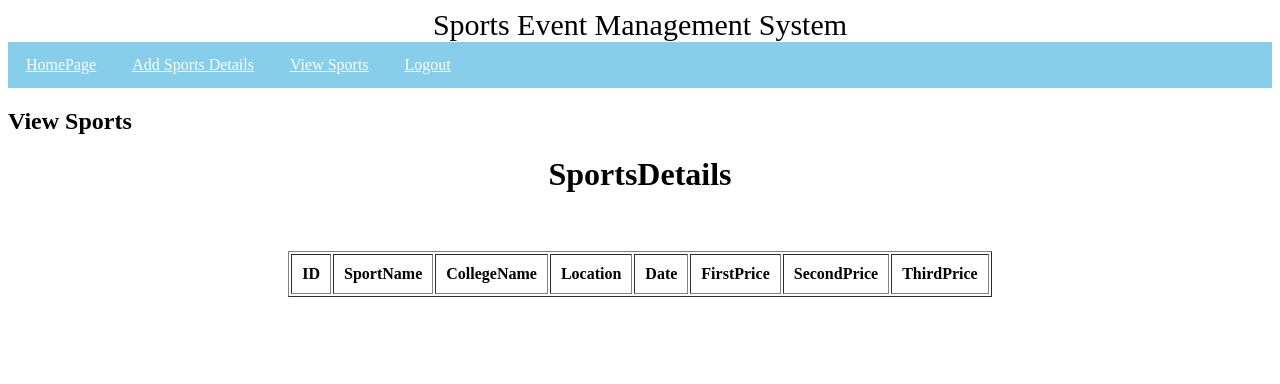
Repository: svrm1014/sportseventmanagement
Page: http://localhost/sportsmanagement/WEB-INF/views/viewsports.jsp
An editor plug-in stored every save of this project. The page is shown before and after the next save, followed by the edit.
The browser window is 1280 px wide. The pictures show the whole page.
The page is served by Tomcat 9. Nobody is signed in. Other server files are loaded and not shown. The template is opened directly, without the code that normally fills it, so the values that code supplies are empty.

Above is the page before, as saved 2021-05-12 18:01:28.

### sportsmanagement/src/main/webapp/WEB-INF/views/viewsports.jsp
<%@ page language="java" contentType="text/html; charset=ISO-8859-1"
    pageEncoding="ISO-8859-1"%>
    <%@ taglib uri="http://java.sun.com/jsp/jstl/core" prefix="c" %>
<!DOCTYPE html PUBLIC "-//W3C//DTD HTML 4.01 Transitional//EN" "http://www.w3.org/TR/html4/loose.dtd">
<html>
<head>
<style type="text/css">
.title {
	text-align: center;
	font-size: 30px;
}

ul {
	list-style-type: none;
	margin: 0px;
	padding: 0px;
	background-color: skyblue;
	overflow: hidden;
}

li {
	float: left;
}

li a {
	display: block;
	padding: 14px 18px;
	color: white;
}
</style>
<meta http-equiv="Content-Type" content="text/html; charset=ISO-8859-1">
<title>Sports Event Management System</title>
</head>
<body>
<div class="title">Sports Event Management System</div>
	<div class="menu">
		<ul>
			<li><a href="/adminviewpage">HomePage</a></li>
			<li><a href="/addsportsdetails">Add Sports Details</a></li>
			<li><a href="/viewsports">View Sports</a></li>
			<li><a href="/admin">Logout</a></li>

		</ul>
	</div>
	<div align="left">
		<h2>View Sports</h2>
	</div>
	<div align="center">
    <h1>SportsDetails</h1>
    <br/><br/>
    <table border="1" cellpadding="10">
        <thead>
            <tr>
                <th>ID</th>
                <th>SportName</th>
                <th>CollegeName</th>
                <th>Location</th>
                <th>Date</th>
                <th>FirstPrice</th>
                <th>SecondPrice</th>
                <th>ThirdPrice</th>

            </tr>
        </thead>
        <tbody>
         <c:forEach var="addsportsdetails" items="${viewsportsKey}">
                <tr>
                    <td><c:out value="${addsportsdetails.id}" /></td>
                    <td><c:out value="${addsportsdetails.sportname}" /></td>
                    <td><c:out value="${addsportsdetails.collegename}" /></td>
                    <td><c:out value="${addsportsdetails.location}" /></td>
                    <td><c:out value="${addsportsdetails.date}" /></td>
                    <td><c:out value="${addsportsdetails.firstprice}" /></td>
                    <td><c:out value="${addsportsdetails.secondprice}" /></td>
                    <td><c:out value="${addsportsdetails.thirdprice}" /></td>

                </tr>
            </c:forEach>
        </tbody>
    </table>
</div>
</body>
</html>

After the next save:
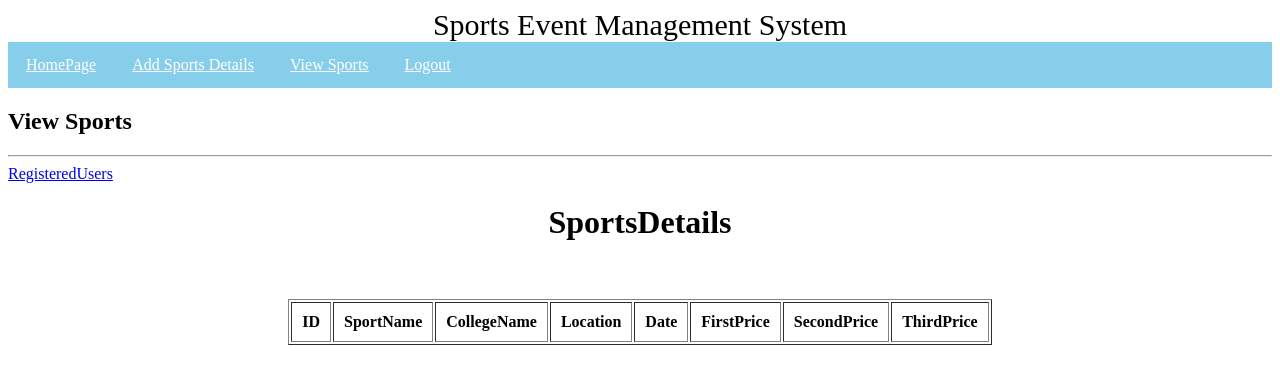
Saved 49 s later.
--- a/sportsmanagement/src/main/webapp/WEB-INF/views/viewsports.jsp
+++ b/sportsmanagement/src/main/webapp/WEB-INF/views/viewsports.jsp
@@ -44,6 +44,8 @@ li a {
 	</div>
 	<div align="left">
 		<h2>View Sports</h2>
+		<hr>
+		<a href="/registeredusers">RegisteredUsers</a>
 	</div>
 	<div align="center">
     <h1>SportsDetails</h1>
